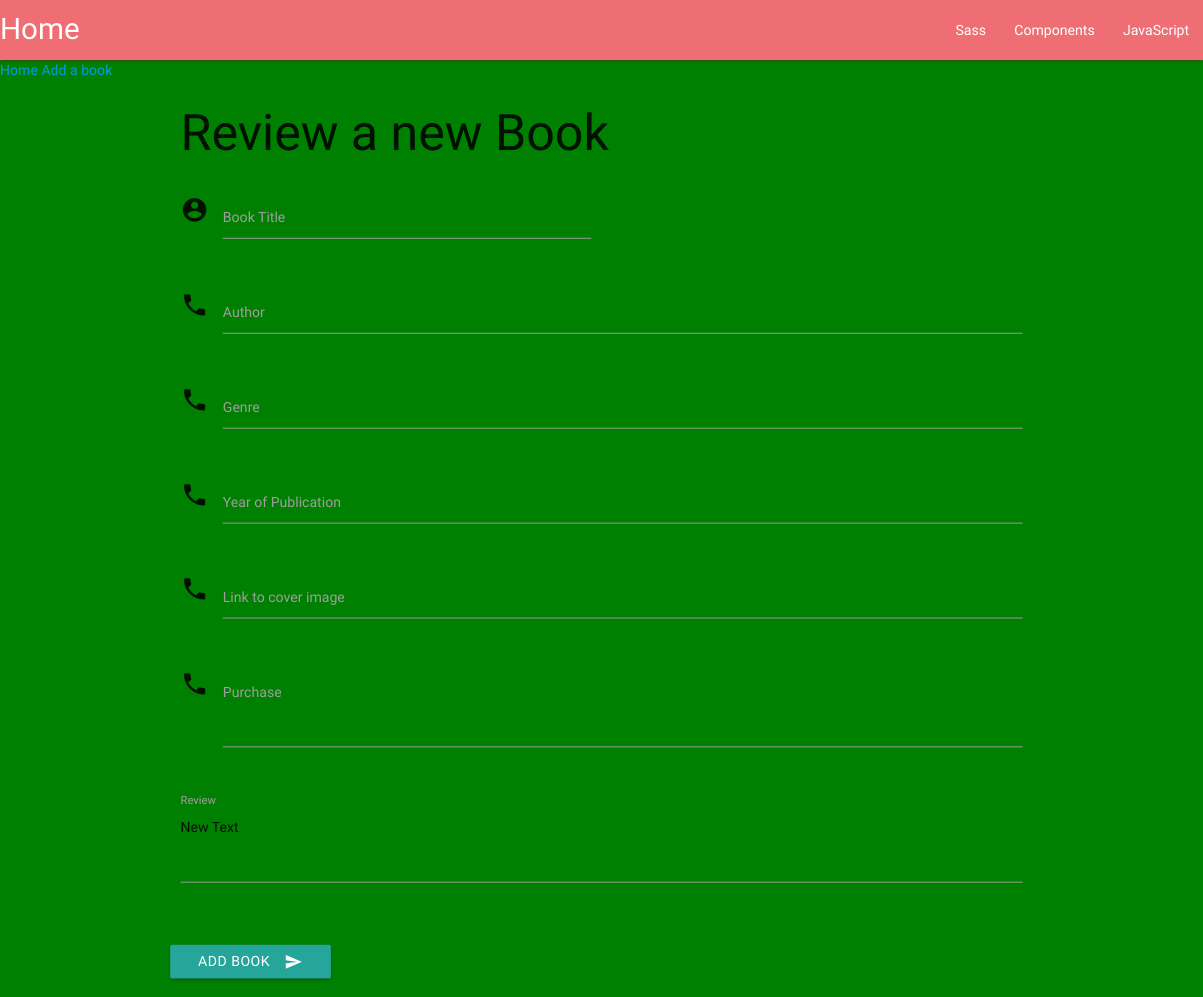
Repository: h8130084/bookReview
Page: http://localhost/add_book
The author's editor kept a record of every edit. The page is drawn from the files as they stood at one moment, then again after the next edit.
The browser window is 1280 px wide. The pictures show the whole page, at 94% of full size.
Some web libraries are served in a nearby version. The page is served by the project's application, run on Flask 3 (app.py).

Above is the page before.
Console error: ReferenceError: M is not defined

After the next edit:
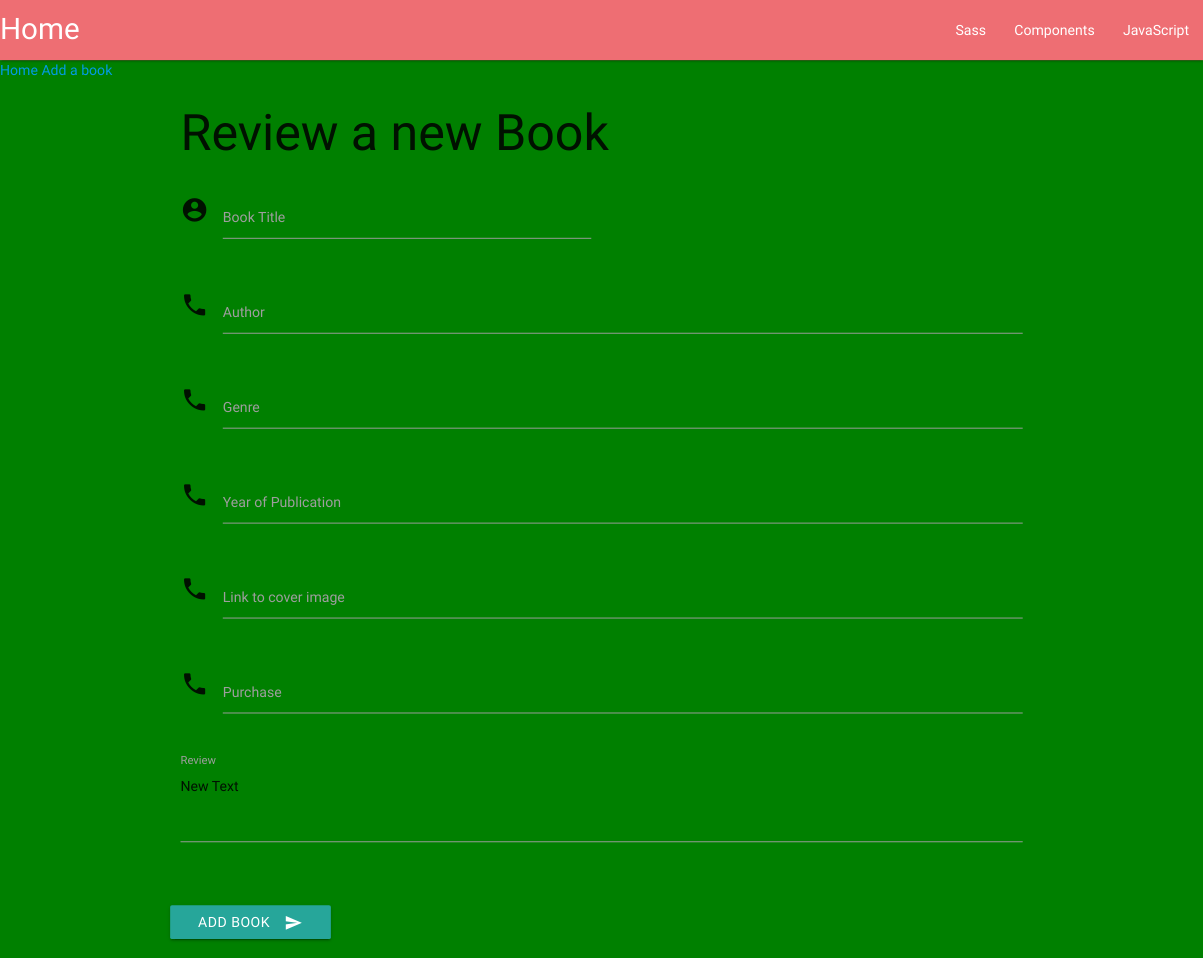
The edit:
--- a/templates/addbook.html
+++ b/templates/addbook.html
@@ -47,7 +47,7 @@
         <div class="row">
             <div class="input-field col s12">
                 <i class="material-icons prefix">phone</i>
-                <textarea name="Amazon" id="Amazon" class="materialize-textarea"></textarea>
+                <input name="Amazon" id="Amazon" class="materialize-textarea">
                 <label for="icon_telephone">Purchase</label>
             </div>
         </div>
